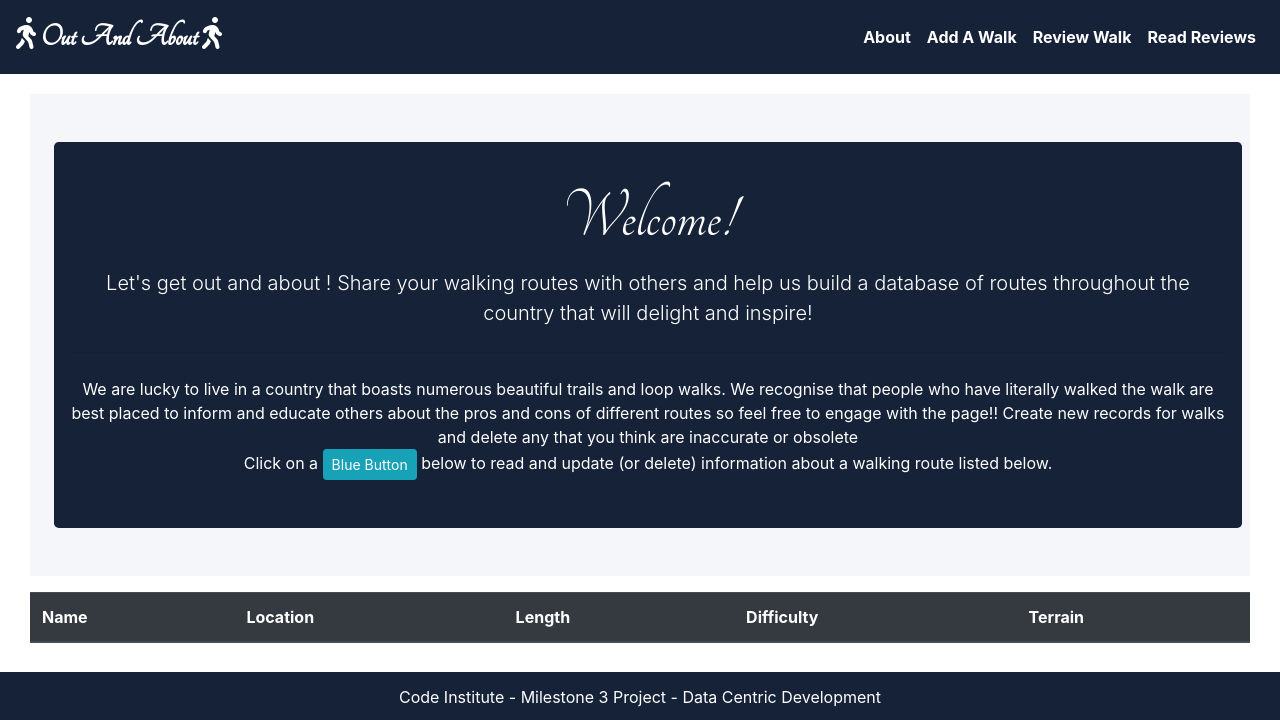
Repository: 5803emma/days-of-walking
Page: http://localhost/
The author's editor kept a record of every edit. The page is drawn from the files as they stood at one moment, then again after the next edit.
The browser window is 1280 px wide. The pictures show the whole page.
Some web libraries are served in a nearby version. The page is served by the project's application, run on Flask 3 (app.py). Queries for data that is not in the repository find no rows.

Above is the page before.

After the next edit:
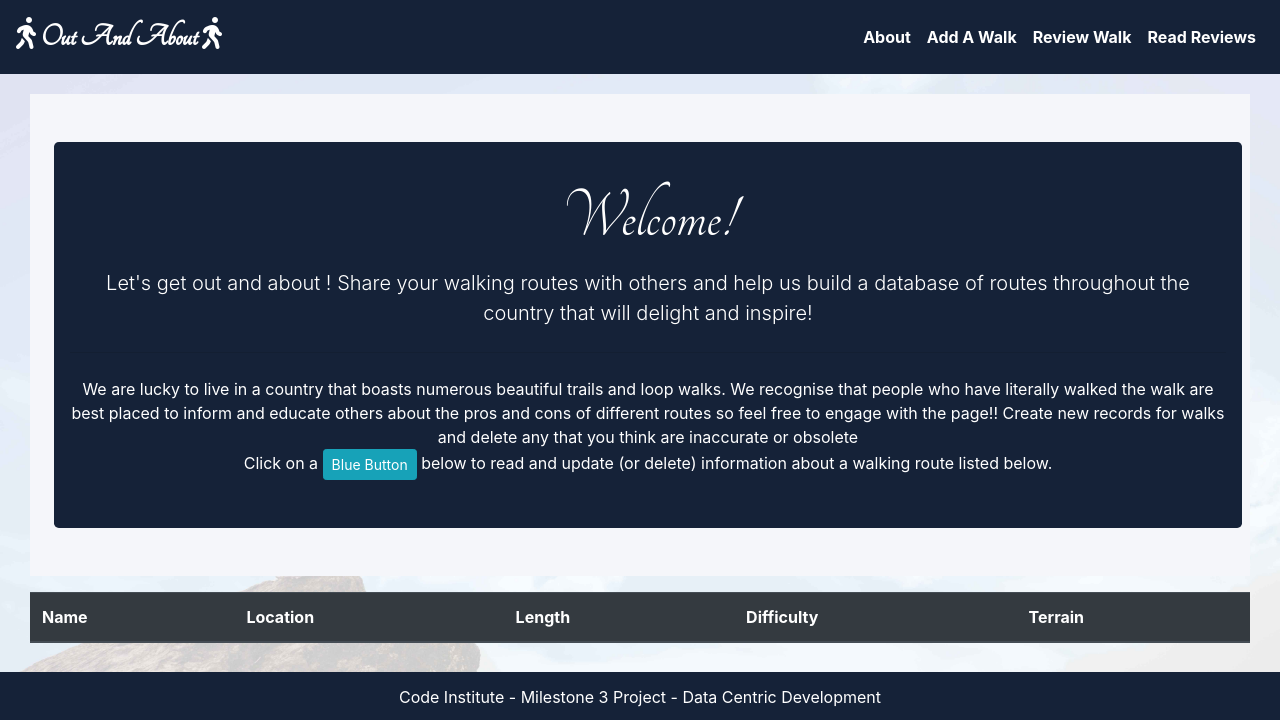
The edit:
--- a/static/css/style.css
+++ b/static/css/style.css
@@ -1,21 +1,23 @@
 @import url('https://fonts.googleapis.com/css?family=Tangerine&display=swap');
 
-html, body {
-  background-image: url(../images/bg-image.jpg) no-repeat center center fixed;
-  -webkit-background-size: cover;
-  -moz-background-size: cover;
-  -o-background-size: cover;
-  background-size: cover;
-  clear: both;
+html,
+body {
+    background-image: url(../images/bg-image.jpg);
+    background-repeat: no-repeat;
+    height: 100vh;
+    width: 100%;
+    position: relative;
+    background-size: cover;
+    clear: both;
 }
 
 
 .container {
-  display: flex;
+    display: flex;
 }
 
 .navbar-dark {
-  background-color: #152238;
+    background-color: #152238;
 }
 
 .navbar-dark .navbar-brand {
@@ -30,9 +32,10 @@
     font-weight: bold;
 }
 
-h1, h2 {
-  text-align: center;
-  font-family: "Tangerine", cursive, sans-serif;
+h1,
+h2 {
+    text-align: center;
+    font-family: "Tangerine", cursive, sans-serif;
 }
 
 .jumbotron {
@@ -52,12 +55,12 @@
 }
 
 .row {
-  margin-top: 1rem;
-  margin-bottom: 1rem;
+    margin-top: 1rem;
+    margin-bottom: 1rem;
 }
 
 .media-body {
-  margin-top: 10px;
+    margin-top: 10px;
 }
 
 .btn-success {
@@ -96,15 +99,16 @@
 
 .row-review {
     margin-top: 25px;
-    background-color: rgba(245, 246, 250,1.0);
+    background-color: rgba(245, 246, 250, 1.0);
 }
 
 .row-welcome {
     margin-top: 20px;
-    background-color: rgba(245, 246, 250,1.0);
+    background-color: rgba(245, 246, 250, 1.0);
 }
 
 .text-dark {
     color: #343a40;
     padding: 1em;
-    margin: 0.5em;}
+    margin: 0.5em;
+}
